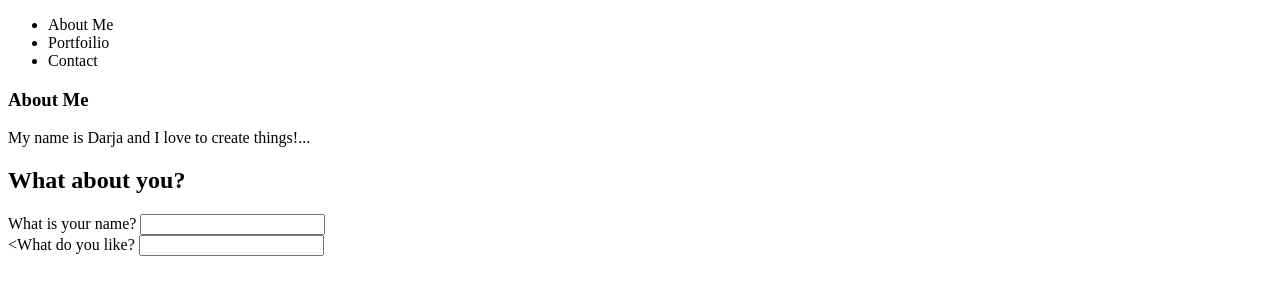
Repository: holyygreg/PortfolioProject
Page: code files/index.html
These files come from the project's save history. The page is drawn as it stood at one moment and after a run of saves; the edit follows.
The browser window is 1280 px wide. The pictures show the whole page.

Above is the page before, as saved 2024-08-02 15:18:41.

### code files/index.html
<!DOCTYPE html>
<html lang="en">
<head>
    <meta charset="UTF-8">
    <meta name="viewport" content="width=device-width, initial-scale=1.0">
    <title>Document</title>
</head>

<body>
    <header>
        <nav>
            <ul>
                <li>About Me</li>
                <li>Portfoilio</li>
                <li>Contact</li>
            </ul>
        </nav>
    </header>

    <section>
        <article>
            <h1>About Me</h1>
            <p>My name is Darja and I love to create things!...</p>
        </article>
    </section>

    <section>
        <h2>What about you?</h2>
        <label>What is your name?</label>
        <input type="'text"/>
        <br>

        <<label>What do you like?</label>
        <input type="'checkbox"/>
    </section>
</body>
</html>

After the next 4 saves:
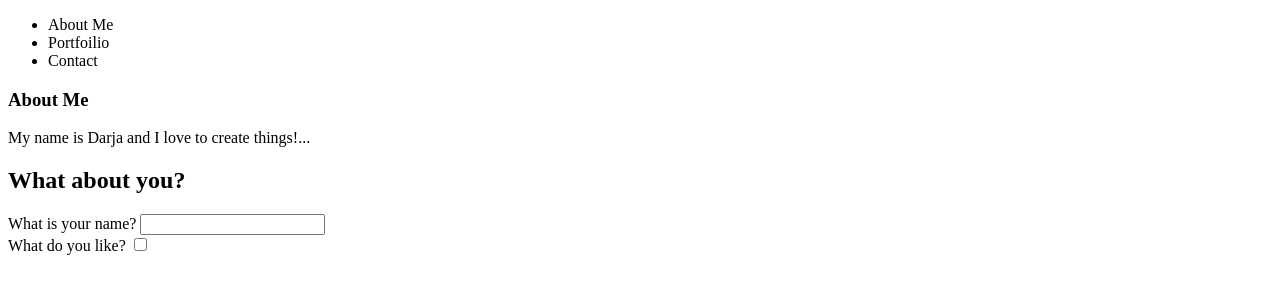
The 4 saves are shown as one change because they came seconds apart.
The last was saved 13 s later.
--- a/code files/index.html
+++ b/code files/index.html
@@ -27,11 +27,12 @@
     <section>
         <h2>What about you?</h2>
         <label>What is your name?</label>
-        <input type="'text"/>
+        <input type="text"/>
         <br>
 
-        <<label>What do you like?</label>
-        <input type="'checkbox"/>
+        <label>What do you like?</label>
+        <input type="checkbox"/>
+
     </section>
 </body>
 </html>
